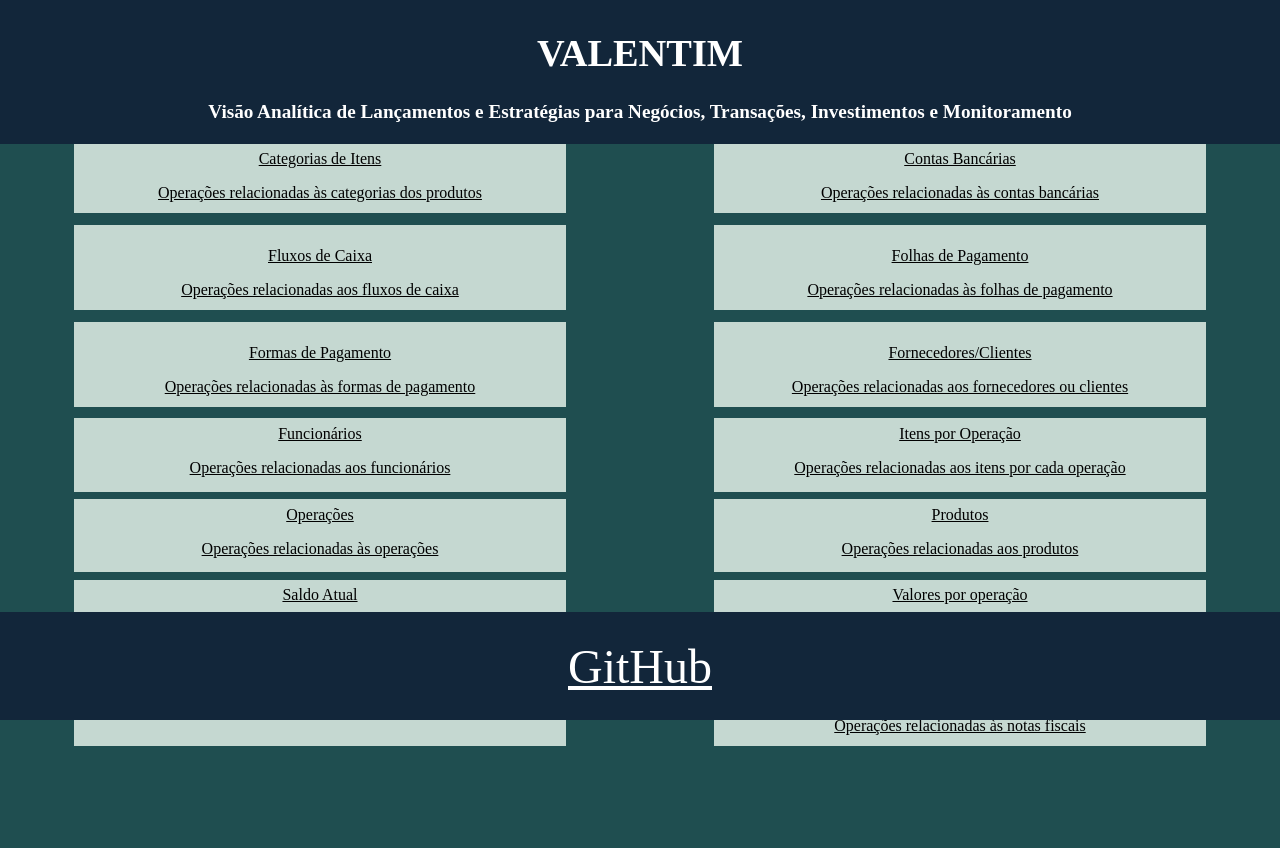
Repository: Matheus-Lacerda009/ERP-Financeiro
Page: Front/menu/menu.html
An editor plug-in stored every save of this project. The page is shown before and after a run of saves, followed by the edit.
The browser window is 1280 px wide. The pictures show the whole page.

Above is the page before, as saved 2026-07-13 19:15:49.

### Front/menu/menu.html
<!DOCTYPE html>
<html lang="en">
<head>
    <meta charset="UTF-8">
    <meta name="viewport" content="wclassth=device-wclassth, initial-scale=1.0">
    <link rel="stylesheet" href="menu.css">
    <title>Document</title>
</head>
<body>
    <header>
        <h1>VALENTIM</h1>
        <h2>Visão Analítica de Lançamentos e Estratégias para Negócios, Transações, Investimentos e Monitoramento</h2>
    </header>
    <main>
        <div class="container">
            <a href="../categoria_item/categoria_item.html" class="links">
                <div class="divEntidades">
                    <p>Categorias de Itens</p>
                    <p>Operações relacionadas às categorias dos produtos</p>
                </div>
            </a>
            <a href="../conta_bancaria/conta_bancaria.html" class="links">
            <div class="divEntidades">
                <p>Contas Bancárias</p>
                <p>Operações relacionadas às contas bancárias</p>
            </div>
            </a>
            <a href="../fluxo_caixa/fluxo_caixa.html" class="links">
            <div class="divEntidades">
                <p>Fluxos de Caixa</p>
                <p>Operações relacionadas aos fluxos de caixa</p>
            </div>
            </a>
            <a href="../folha_pagamento/folha_pagamento.html" class="links">
            <div class="divEntidades">
                <p>Folhas de Pagamento
                <p>Operações relacionadas às folhas de pagamento</p>
            </div>
            </a>
            <a href="../forma_pagamento/forma_pagamento.html" class="links">
            <div class="divEntidades">
                <p>Formas de Pagamento
                <p>Operações relacionadas às formas de pagamento</p>
            </div>
            </a>
            <a href="../fornecedor_cliente/fornecedor_cliente.html" class="links">
            <div class="divEntidades">
                <p>Fornecedores/Clientes
                <p>Operações relacionadas aos fornecedores ou clientes</p>
            </div>
            </a>
            <a href="../funcionario/funcionario.html" class="links">
            <div class="divEntidades">
                Funcionários
                <p>Operações relacionadas aos funcionários</p>
            </div>
            </a>
            <a href="../itens_operacao/itens_operacao.html" class="links">
            <div class="divEntidades">
                Itens por Operação
                <p>Operações relacionadas aos itens por cada operação</p>
            </div>
            </a>
            <a href="../operacao/operacao.html" class="links">
            <div class="divEntidades">
                Operações
                <p>Operações relacionadas às operações</p>
            </div>
            </a>
            <a href="../produtos/produtos.html" class="links">
            <div class="divEntidades">
                Produtos
                <p>Operações relacionadas aos produtos</p>
            </div>
            </a>
            <a href="../saldoAtual/saldoAtual.html" class="links">
            <div class="divEntidades">
                Saldo Atual
                <p>Operações relacionadas ao saldo atual</p>
            </div>
            </a>
            <a href="../valor_pVenda/valor_pVenda.html" class="links">
            <div class="divEntidades">
                Valores por operação
                <p>Operações relacionadas aos valores por cada operação</p>
            </div>
            </a>
            <a href="../valor_salario/valor_salario.html" class="links">
            <div class="divEntidades">
                Salários
                <p>Operações relacionadas aos salários</p>
            </div>
            </a>
            <a href="../notaFiscal/nota_fiscal.html" class="links">
            <div class="divEntidades">
                <p>Notas Fiscais</p>
                <p>Operações relacionadas às notas fiscais</p>
            </div>
            </a>
        </div>
    </main>
    <footer>
        <a href="https://github.com/Matheus-Lacerda009/ERP-Financeiro.git" id="github">GitHub</a>
    </footer>
</body>
</html>

### Front/menu/menu.css
body{
    overflow: hidden;
}
header{
    position: fixed;
    top: 0;
    left: 0;
    width: 100%;
    height: 20%;
    background-color: #12263A;
    z-index: 1;
    text-align: center;
    align-content: center;
}

footer{
    position: fixed;
    bottom: 0;
    left: 0;
    width: 100%;
    height: 15%;
    background-color: #12263A;
    text-align: center;
    align-content: center;
}

#github{
    color: white;
    font-size: 300%;
}

header, h1{
    font-size: 300%;
    color: white;
    font-size: 3vw;
}

header, h2{
    color: white;
    font-size: 1.5vw;
}

body{
    margin: 0;
    padding: 0;
    background-color: #1f4e50;
}

.container{
    height: 100vh;
    width: 100%;
    margin-top: 10%;
    box-sizing: border-box;
    display: grid;
    grid-template-columns: repeat(2, 7fr);
    align-content: start;
}

.divEntidades{
    height: 75%;
    width: 75%;
    background-color: #C5D8D1;
    text-align: center;
    padding: 1%;
    margin: auto;
}

.links{
    color: black;
}

After the next 7 saves:
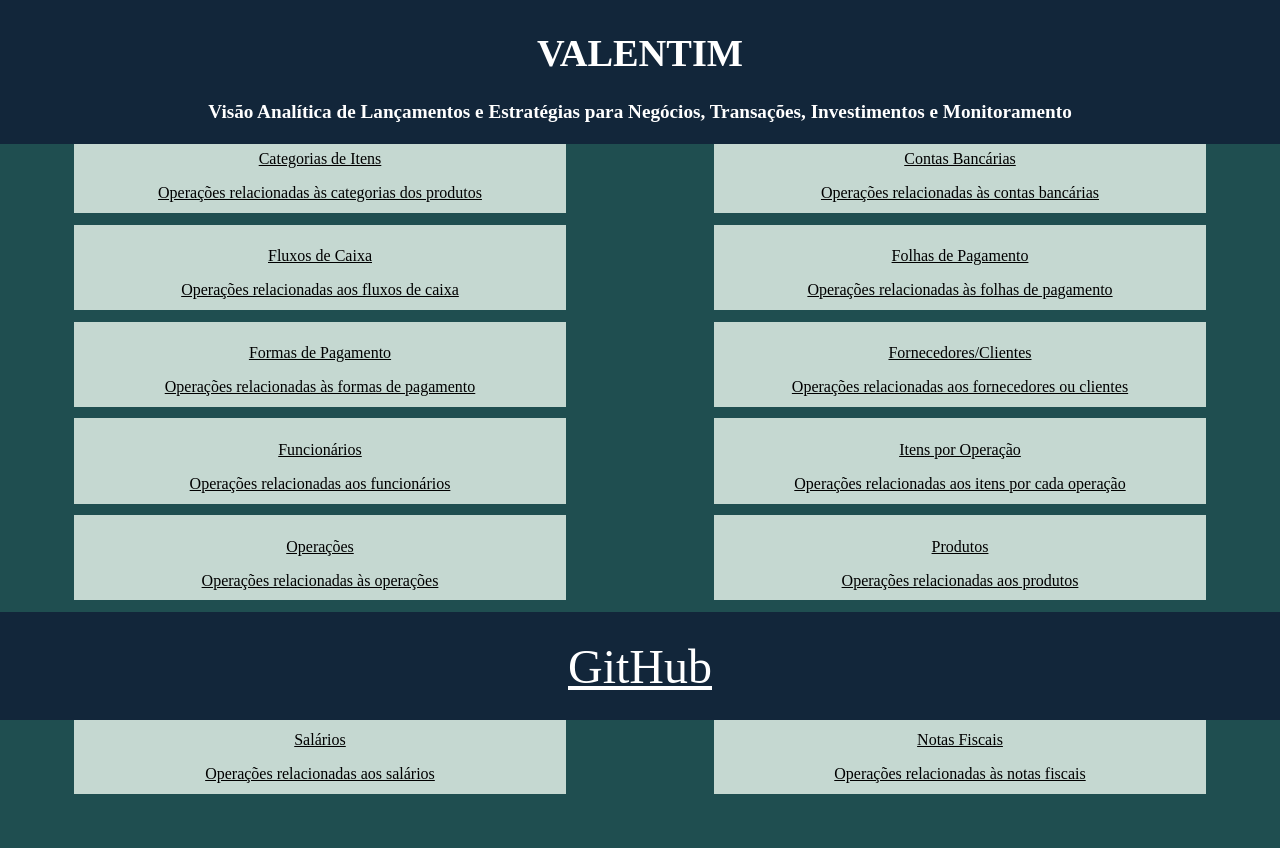
The 7 saves are shown as one change because they came seconds apart.
The last was saved 16 s later.
--- a/Front/menu/menu.html
+++ b/Front/menu/menu.html
@@ -51,43 +51,43 @@
             </a>
             <a href="../funcionario/funcionario.html" class="links">
             <div class="divEntidades">
-                Funcionários
+                <p>Funcionários
                 <p>Operações relacionadas aos funcionários</p>
             </div>
             </a>
             <a href="../itens_operacao/itens_operacao.html" class="links">
             <div class="divEntidades">
-                Itens por Operação
+                <p>Itens por Operação
                 <p>Operações relacionadas aos itens por cada operação</p>
             </div>
             </a>
             <a href="../operacao/operacao.html" class="links">
             <div class="divEntidades">
-                Operações
+                <p>Operações
                 <p>Operações relacionadas às operações</p>
             </div>
             </a>
             <a href="../produtos/produtos.html" class="links">
             <div class="divEntidades">
-                Produtos
+                <p>Produtos
                 <p>Operações relacionadas aos produtos</p>
             </div>
             </a>
             <a href="../saldoAtual/saldoAtual.html" class="links">
             <div class="divEntidades">
-                Saldo Atual
+                <p>Saldo Atual
                 <p>Operações relacionadas ao saldo atual</p>
             </div>
             </a>
             <a href="../valor_pVenda/valor_pVenda.html" class="links">
             <div class="divEntidades">
-                Valores por operação
+                <p>Valores por operação
                 <p>Operações relacionadas aos valores por cada operação</p>
             </div>
             </a>
             <a href="../valor_salario/valor_salario.html" class="links">
             <div class="divEntidades">
-                Salários
+                <p>Salários
                 <p>Operações relacionadas aos salários</p>
             </div>
             </a>
